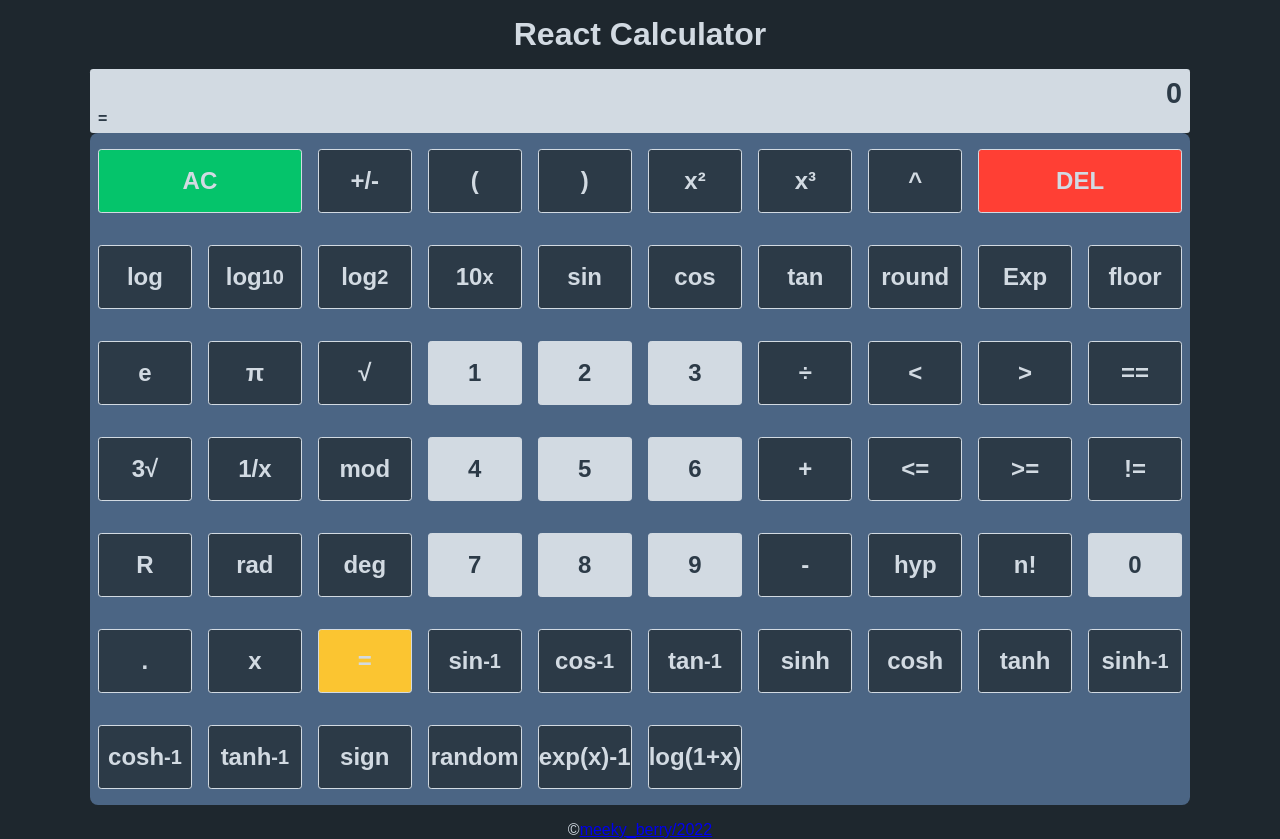
Repository: MikkyPrestige/calculator
Page: /
These files come from the project's save history. The page is drawn as it stood at one moment and after the next save; the edit follows.
The browser window is 1280 px wide. The pictures show the whole page.
The project was rebuilt for these pictures with package versions that can differ from the ones it lists, and the page was loaded fresh each time.

Above is the page before, as saved 2022-11-17 22:50:47.

After the next save:
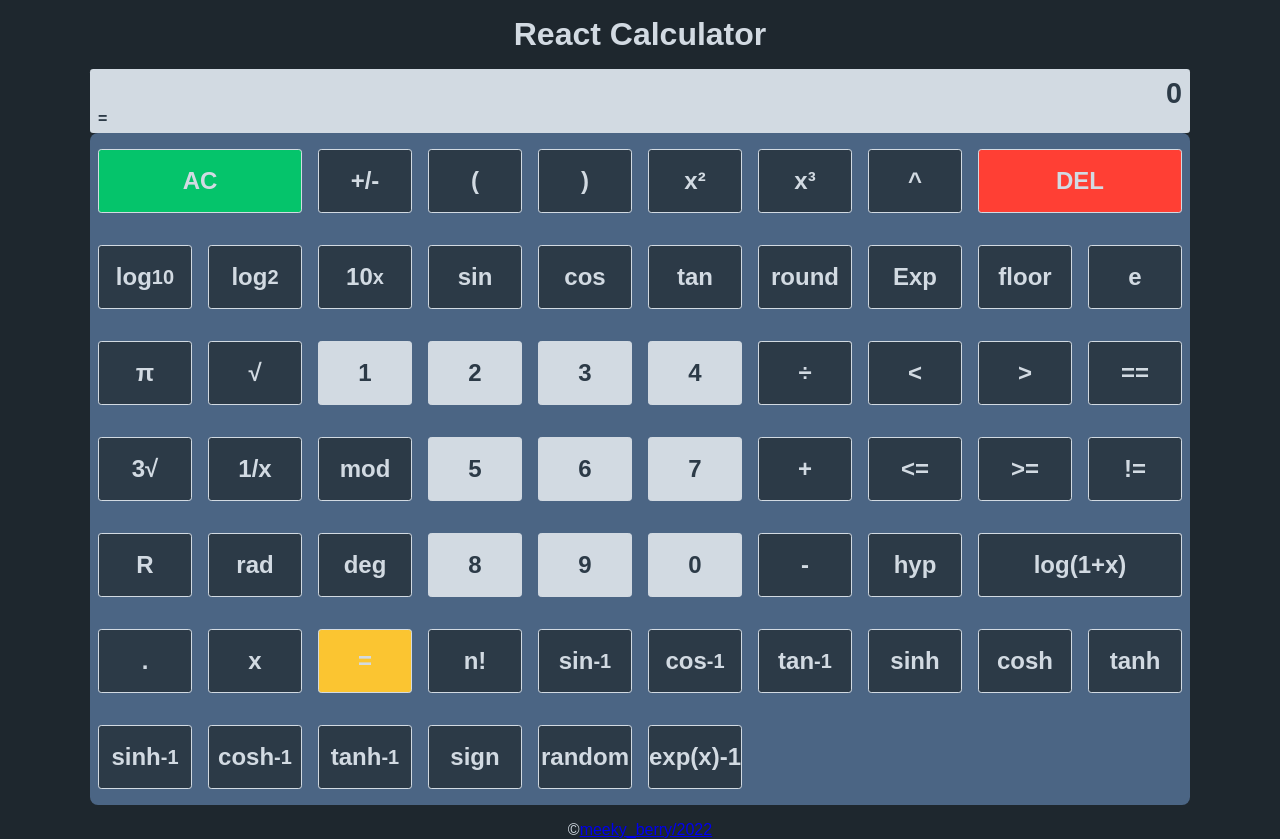
Saved 16 s later.
--- a/src/index.css
+++ b/src/index.css
@@ -239,8 +239,8 @@ body {
   grid-row: 5 / 6;
 }
 
-.factorial {
-  grid-column: 9 / 10;
+.log {
+  grid-column: 9 / 11;
   grid-row: 5 / 6;
 }
 .cube {
